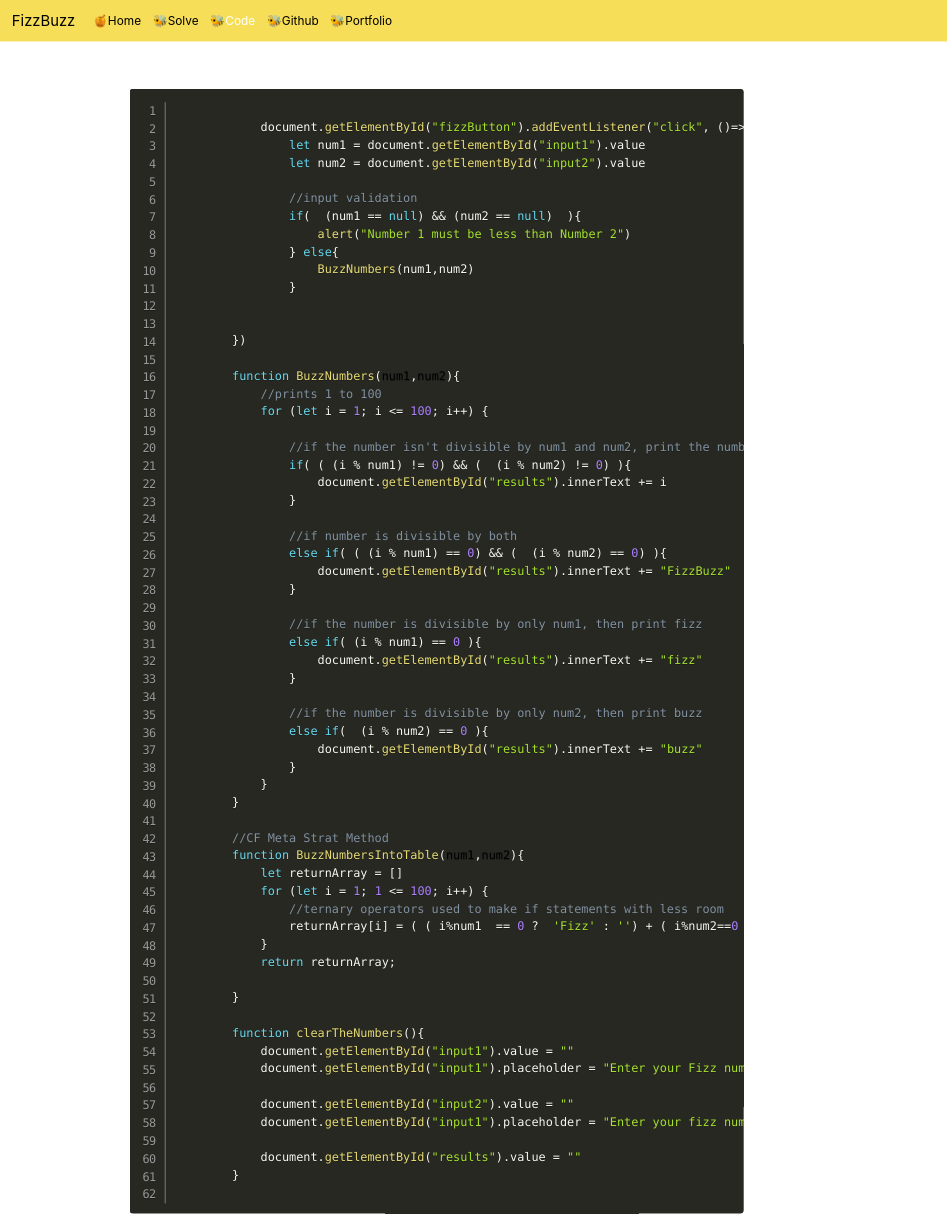
Repository: zhadjah9559/FizzBuzz
Page: code.html
An editor plug-in stored every save of this project. The page is shown before and after the next save, followed by the edit.
The browser window is 1280 px wide. The pictures show the whole page, at 74% of full size.

Above is the page before, as saved 2021-01-15 15:11:26.

After the next save:
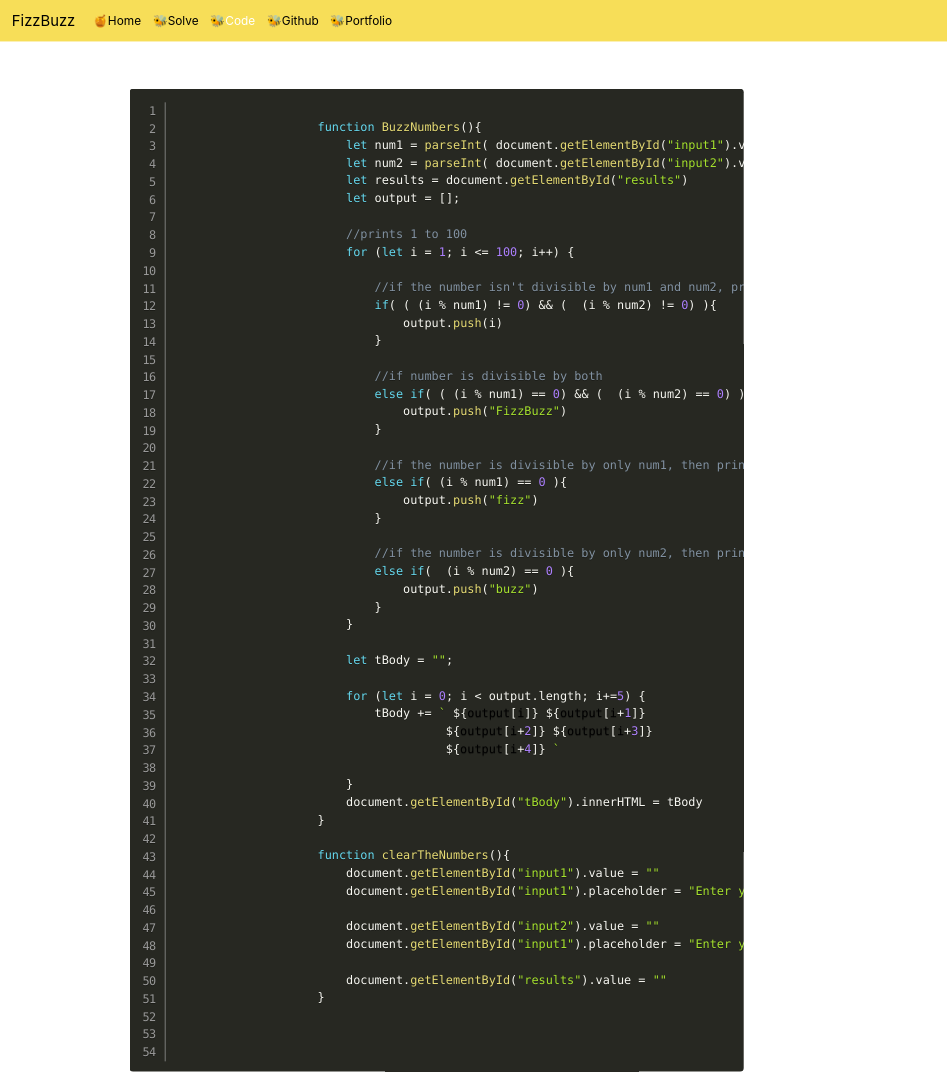
Saved 18 s later.
--- a/code.html
+++ b/code.html
@@ -47,66 +47,58 @@
             <div class="col">
 
                 <pre class="line-numbers"><code class="language-javascript">
-            document.getElementById("fizzButton").addEventListener("click", ()=>{
-                let num1 = document.getElementById("input1").value
-                let num2 = document.getElementById("input2").value
+                    function BuzzNumbers(){
+                        let num1 = parseInt( document.getElementById("input1").value )
+                        let num2 = parseInt( document.getElementById("input2").value )
+                        let results = document.getElementById("results")
+                        let output = [];
 
-                //input validation
-                if(  (num1 == null) && (num2 == null)  ){
-                    alert("Number 1 must be less than Number 2")
-                } else{
-                    BuzzNumbers(num1,num2)
-                }
+                        //prints 1 to 100
+                        for (let i = 1; i <= 100; i++) {
+
+                            //if the number isn't divisible by num1 and num2, print the number itself
+                            if( ( (i % num1) != 0) && (  (i % num2) != 0) ){
+                                output.push(i)
+                            }
+
+                            //if number is divisible by both
+                            else if( ( (i % num1) == 0) && (  (i % num2) == 0) ){
+                                output.push("FizzBuzz")
+                            }
+
+                            //if the number is divisible by only num1, then print fizz
+                            else if( (i % num1) == 0 ){
+                                output.push("fizz")
+                            }
+
+                            //if the number is divisible by only num2, then print buzz
+                            else if(  (i % num2) == 0 ){
+                                output.push("buzz")
+                            }
+                        }
+
+                        let tBody = "";
+
+                        for (let i = 0; i < output.length; i+=5) {
+                            tBody += `<tr> <td>${output[i]}</td> <td>${output[i+1]}</td>
+                                      <td>${output[i+2]}</td> <td>${output[i+3]}</td>
+                                      <td>${output[i+4]}</td> </tr>`
+
+                        }
+                        document.getElementById("tBody").innerHTML = tBody
+                    }
+
+                    function clearTheNumbers(){
+                        document.getElementById("input1").value = ""
+                        document.getElementById("input1").placeholder = "Enter your Fizz number"
+
+                        document.getElementById("input2").value = ""
+                        document.getElementById("input1").placeholder = "Enter your fizz number"
+
+                        document.getElementById("results").value = ""
+                    }
 
 
-        })
-
-        function BuzzNumbers(num1,num2){
-            //prints 1 to 100
-            for (let i = 1; i <= 100; i++) {
-
-                //if the number isn't divisible by num1 and num2, print the number itself
-                if( ( (i % num1) != 0) && (  (i % num2) != 0) ){
-                    document.getElementById("results").innerText += i
-                }
-
-                //if number is divisible by both
-                else if( ( (i % num1) == 0) && (  (i % num2) == 0) ){
-                    document.getElementById("results").innerText += "FizzBuzz"
-                }
-
-                //if the number is divisible by only num1, then print fizz
-                else if( (i % num1) == 0 ){
-                    document.getElementById("results").innerText += "fizz"
-                }
-
-                //if the number is divisible by only num2, then print buzz
-                else if(  (i % num2) == 0 ){
-                    document.getElementById("results").innerText += "buzz"
-                }
-            }
-        }
-
-        //CF Meta Strat Method
-        function BuzzNumbersIntoTable(num1,num2){
-            let returnArray = []
-            for (let i = 1; 1 <= 100; i++) {
-                //ternary operators used to make if statements with less room
-                returnArray[i] = ( ( i%num1  == 0 ?  'Fizz' : '') + ( i%num2==0 ? 'Buzz' : '') || i)
-            }
-            return returnArray;
-
-        }
-
-        function clearTheNumbers(){
-            document.getElementById("input1").value = ""
-            document.getElementById("input1").placeholder = "Enter your Fizz number"
-
-            document.getElementById("input2").value = ""
-            document.getElementById("input1").placeholder = "Enter your fizz number"
-
-            document.getElementById("results").value = ""
-        }
             </code></pre>
 
             </div>
